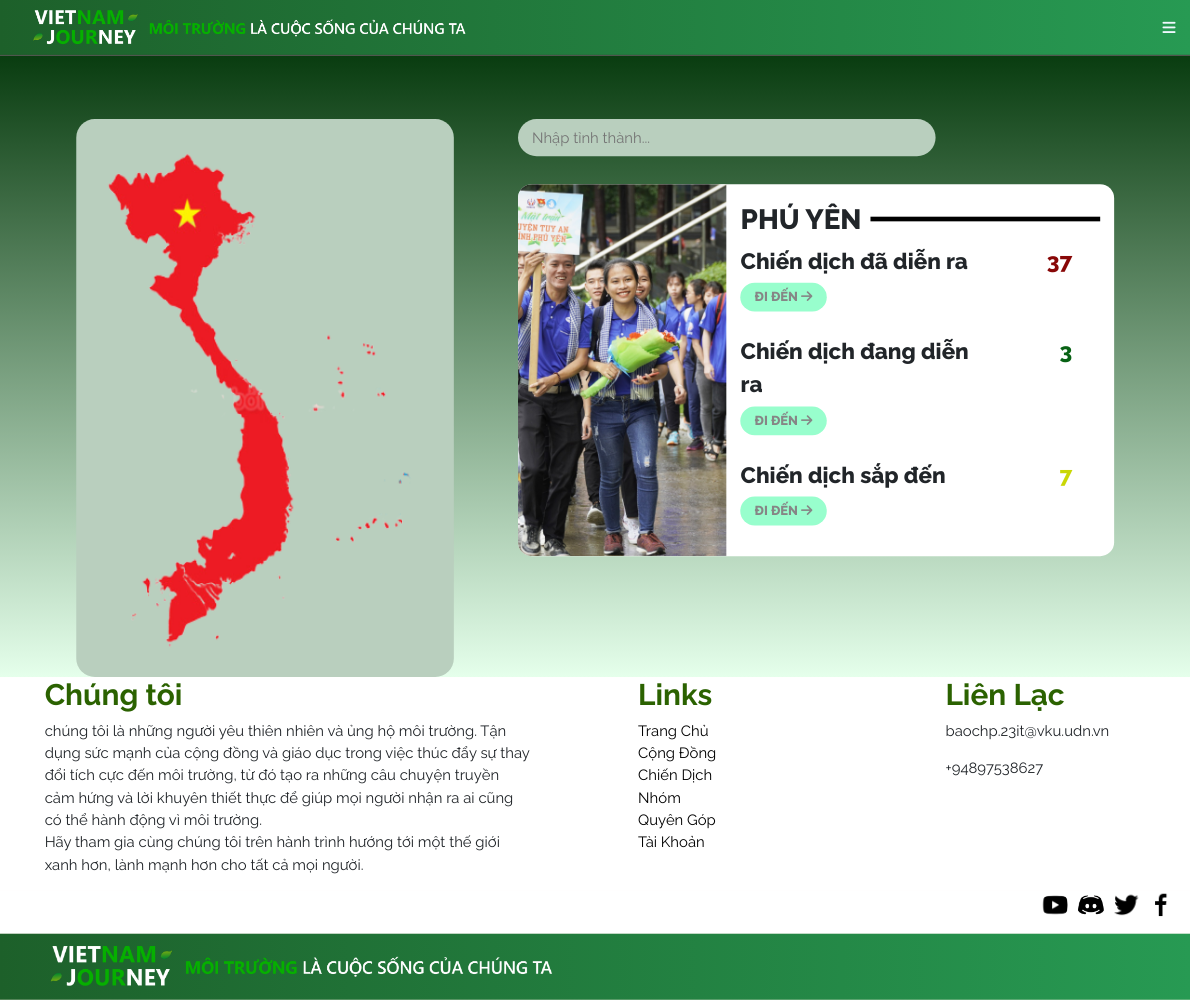
Repository: Boima12/Boima12.github.io_VietnamJourney
Page: HTML/ChienDich/ChienDich.html
An editor plug-in stored every save of this project. The page is shown before and after the next save, followed by the edit.
The browser window is 1280 px wide. The pictures show the whole page, at 93% of full size.

Above is the page before, as saved 2024-05-25 08:19:58.

After the next save:
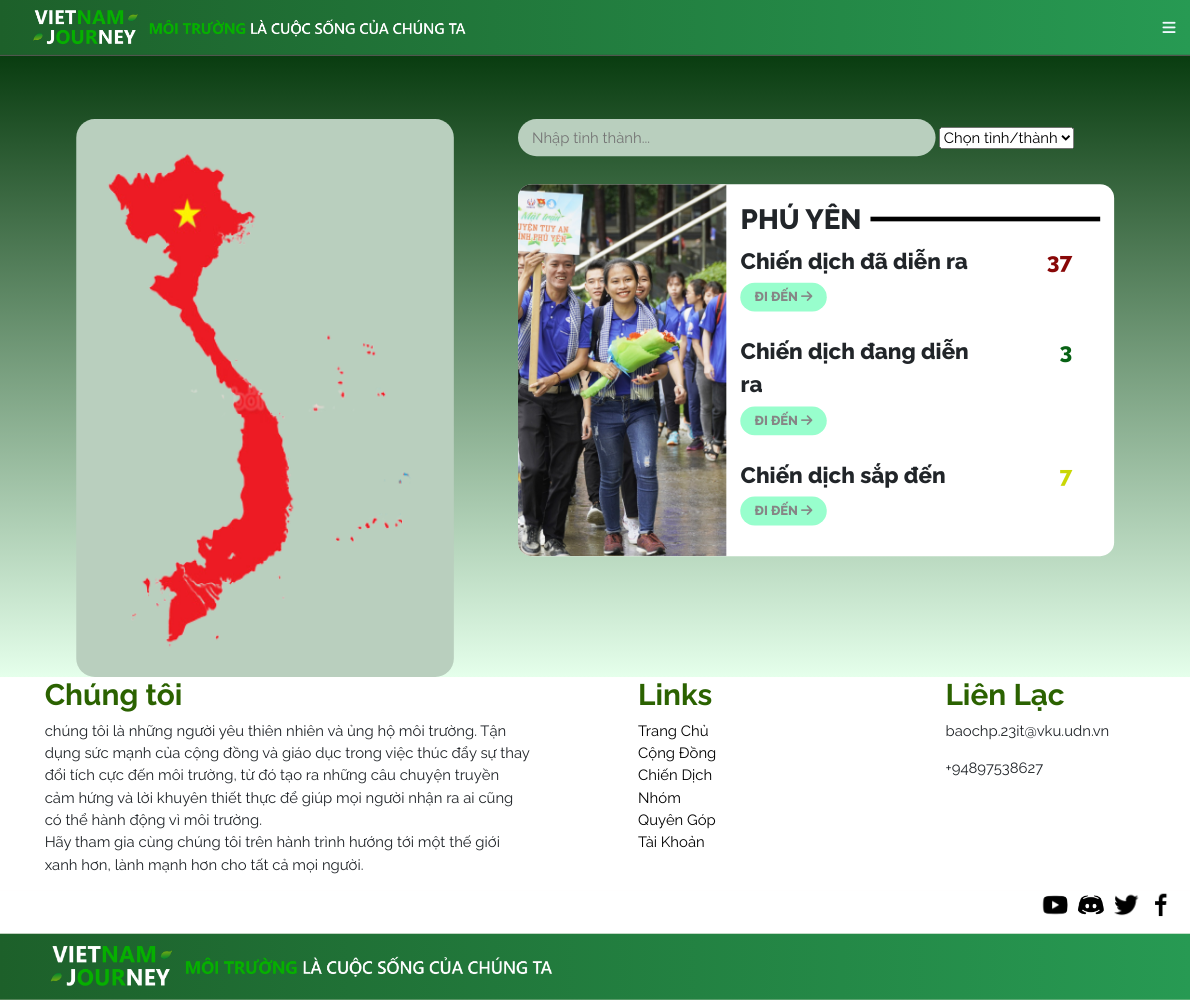
Saved 2 min 37 s later.
--- a/HTML/ChienDich/ChienDich.html
+++ b/HTML/ChienDich/ChienDich.html
@@ -95,7 +95,9 @@
                     <div class="right">
                         <div class="search">
                             <input type="search" class="inner-search" placeholder="Nhập tỉnh thành...">
-                            <div class="inner-combobox"></div>
+                            <select id="province" name="province" required>
+                                <option value="" selected disabled>Chọn tỉnh/thành</option>
+                            </select>
                         </div>
                         <div class="content">
                             <img src="./images/anh1.jpg" alt="">
